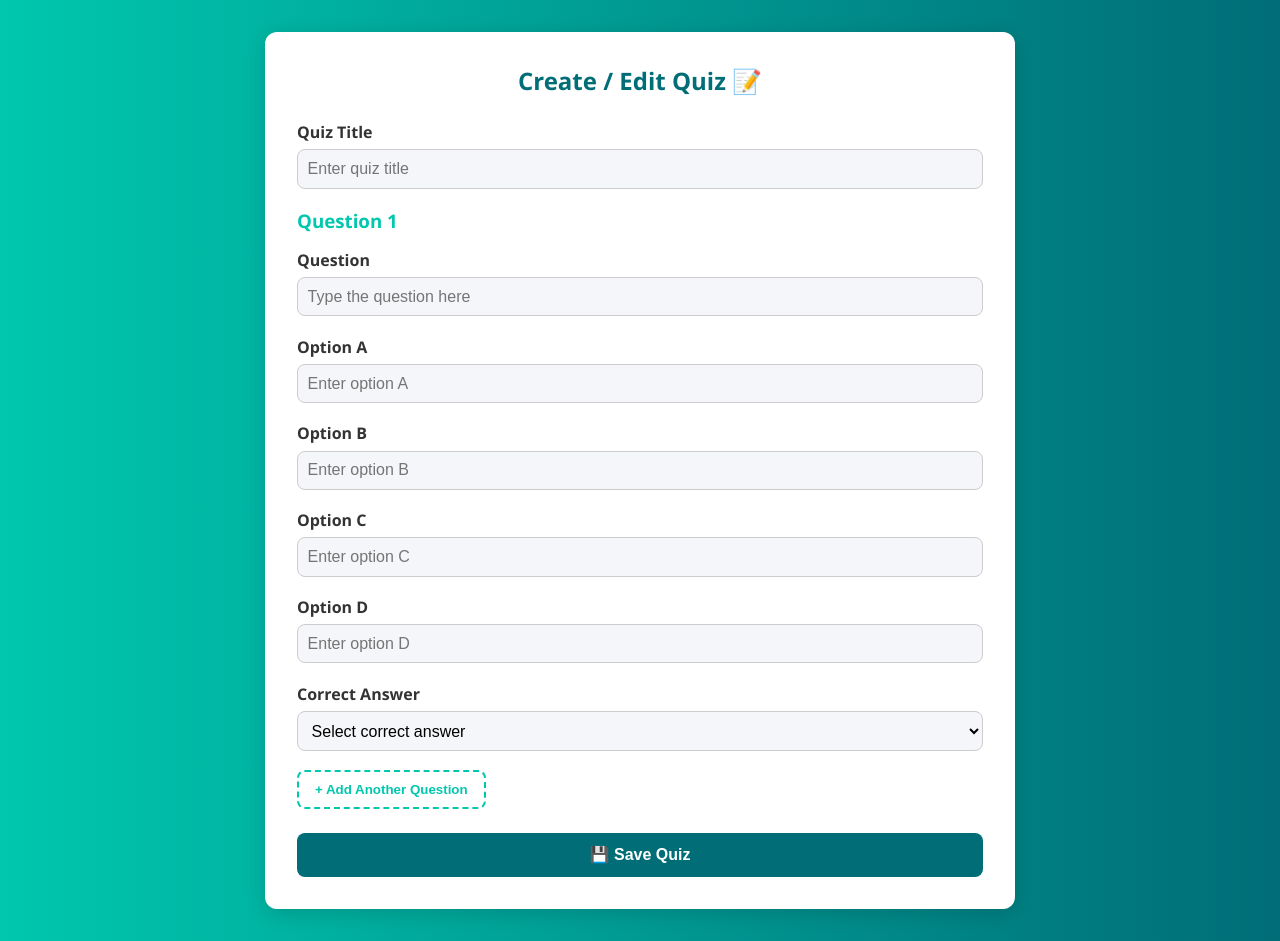
Repository: Prabhanjan-17p/Quizmaster_a_Java_Game
Page: Online Quiz Application/src/main/webapp/quizform.html
These files come from the project's save history. The page is drawn as it stood at one moment and after the next save; the edit follows.
The browser window is 1280 px wide. The pictures show the whole page.

Above is the page before, as saved 2025-05-14 17:45:18.

### Online Quiz Application/src/main/webapp/quizform.html
<!DOCTYPE html>
<html lang="en">

<head>
  <meta charset="UTF-8" />
  <meta name="viewport" content="width=device-width, initial-scale=1.0" />
  <title>Create/Edit Quiz</title>
  <style>
    /* Base Reset */
    * {
      margin: 0;
      padding: 0;
      box-sizing: border-box;
    }

    body {
      font-family: 'Segoe UI', sans-serif;
      background: linear-gradient(to right, #00c7ae, #006d77);
      padding: 2rem;
    }

    /* Container */
    .quiz-container {
      max-width: 750px;
      margin: auto;
      background-color: #ffffff;
      padding: 2rem;
      border-radius: 12px;
      box-shadow: 0 4px 20px rgba(0, 0, 0, 0.15);
    }

    /* Form Headings */
    .quiz-form h2 {
      text-align: center;
      color: #006d77;
      margin-bottom: 1.5rem;
    }

    .quiz-form h3 {
      margin-bottom: 1rem;
      color: #00c7ae;
    }

    /* Labels & Inputs */
    label {
      font-weight: 600;
      display: block;
      margin-bottom: 0.4rem;
      color: #333;
    }

    input,
    select {
      width: 100%;
      padding: 0.6rem;
      margin-bottom: 1.2rem;
      border: 1px solid #ccc;
      border-radius: 8px;
      background-color: #f4f6f9;
      font-size: 1rem;
    }

    /* Buttons */
    .add-question {
      display: inline-block;
      background-color: transparent;
      border: 2px dashed #00c7ae;
      color: #00c7ae;
      font-weight: bold;
      padding: 0.6rem 1rem;
      margin-bottom: 1.5rem;
      border-radius: 8px;
      cursor: pointer;
      transition: background 0.3s ease;
    }

    .add-question:hover {
      background-color: #00c7ae;
      color: white;
    }

    .save-quiz {
      width: 100%;
      padding: 0.8rem;
      background-color: #006d77;
      color: white;
      font-size: 1rem;
      font-weight: bold;
      border: none;
      border-radius: 8px;
      cursor: pointer;
      transition: background 0.3s ease;
    }

    .save-quiz:hover {
      background-color: #00565e;
    }
  </style>
</head>

<body>
  <div class="quiz-container">
    <form class="quiz-form" method="POST" action="quizfromadmin">
      <h2>Create / Edit Quiz 📝</h2>

      <label for="quiz-title">Quiz Title</label>
      <input type="text" id="quiz-title" placeholder="Enter quiz title" required />

      <div class="question-block">
        <h3>Question 1</h3>
        <label>Question</label>
        <input type="text" placeholder="Type the question here" required />

        <label>Option A</label>
        <input type="text" placeholder="Enter option A" required />

        <label>Option B</label>
        <input type="text" placeholder="Enter option B" required />

        <label>Option C</label>
        <input type="text" placeholder="Enter option C" required />

        <label>Option D</label>
        <input type="text" placeholder="Enter option D" required />

        <label>Correct Answer</label>
        <select required>
          <option value="" disabled selected>Select correct answer</option>
          <option>A</option>
          <option>B</option>
          <option>C</option>
          <option>D</option>
        </select>
      </div>

      <button type="button" class="add-question">+ Add Another Question</button>
      <button type="submit" class="save-quiz">💾 Save Quiz</button>
    </form>
  </div>
</body>

</html>

After the next save:
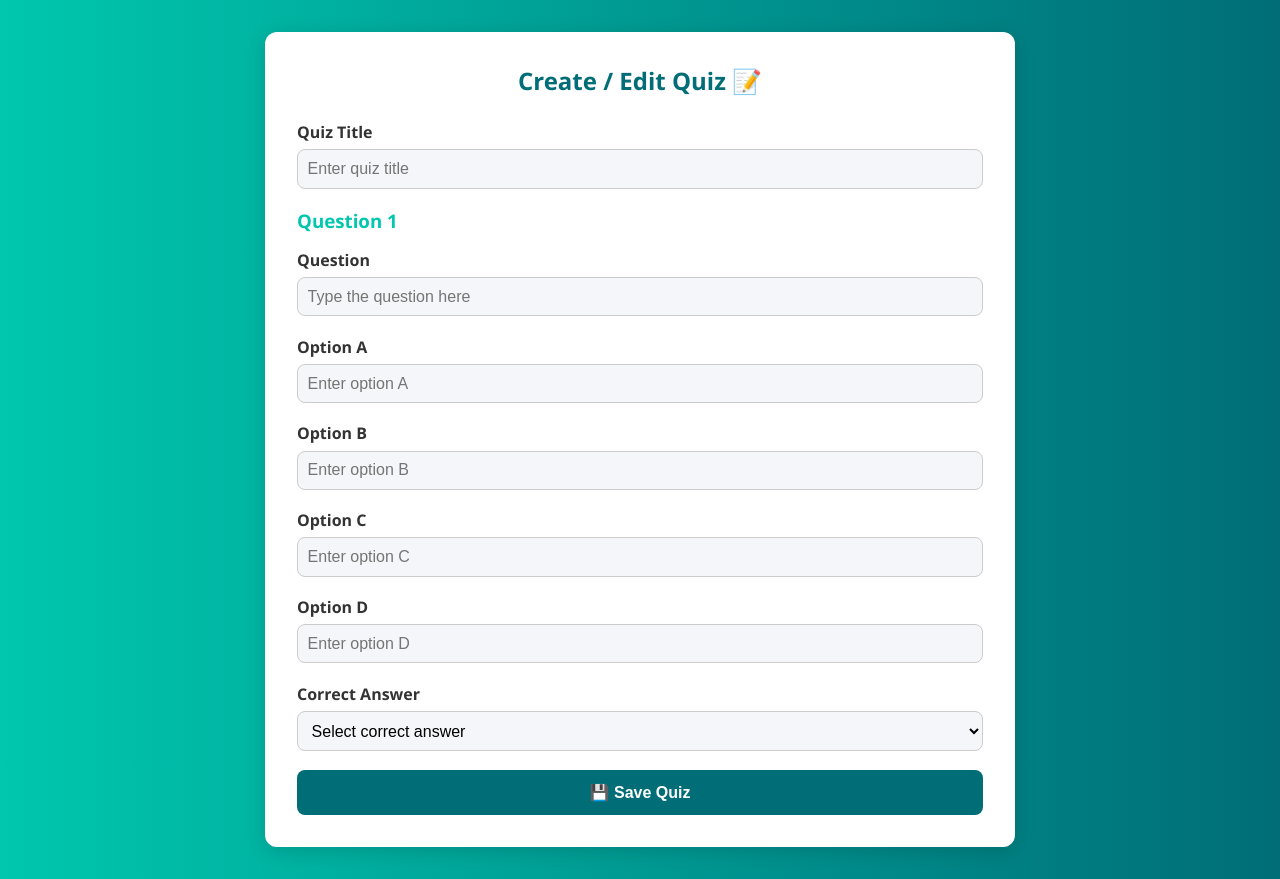
Saved 2 min 52 s later.
--- a/Online Quiz Application/src/main/webapp/quizform.html
+++ b/Online Quiz Application/src/main/webapp/quizform.html
@@ -100,6 +100,7 @@
 
 <body>
   <div class="quiz-container">
+  <!--
     <form class="quiz-form" method="POST" action="quizfromadmin">
       <h2>Create / Edit Quiz 📝</h2>
 
@@ -136,6 +137,43 @@
       <button type="button" class="add-question">+ Add Another Question</button>
       <button type="submit" class="save-quiz">💾 Save Quiz</button>
     </form>
+     -->
+     <form class="quiz-form" method="POST" action="quizfromadmin">
+  <h2>Create / Edit Quiz 📝</h2>
+
+  <label for="quiz-title">Quiz Title</label>
+  <input type="text" id="quiz-title" name="qnstype" placeholder="Enter quiz title" required />
+
+  <div class="question-block">
+    <h3>Question 1</h3>
+    <label>Question</label>
+    <input type="text" name="qnsname" placeholder="Type the question here" required />
+
+    <label>Option A</label>
+    <input type="text" name="optionA" placeholder="Enter option A" required />
+
+    <label>Option B</label>
+    <input type="text" name="optionB" placeholder="Enter option B" required />
+
+    <label>Option C</label>
+    <input type="text" name="optionC" placeholder="Enter option C" required />
+
+    <label>Option D</label>
+    <input type="text" name="optionD" placeholder="Enter option D" required />
+
+    <label>Correct Answer</label>
+    <select name="qnsans" required>
+      <option value="" disabled selected>Select correct answer</option>
+      <option value="A">A</option>
+      <option value="B">B</option>
+      <option value="C">C</option>
+      <option value="D">D</option>
+    </select>
+  </div>
+
+  <button type="submit" class="save-quiz">💾 Save Quiz</button>
+</form>
+
   </div>
 </body>
 
